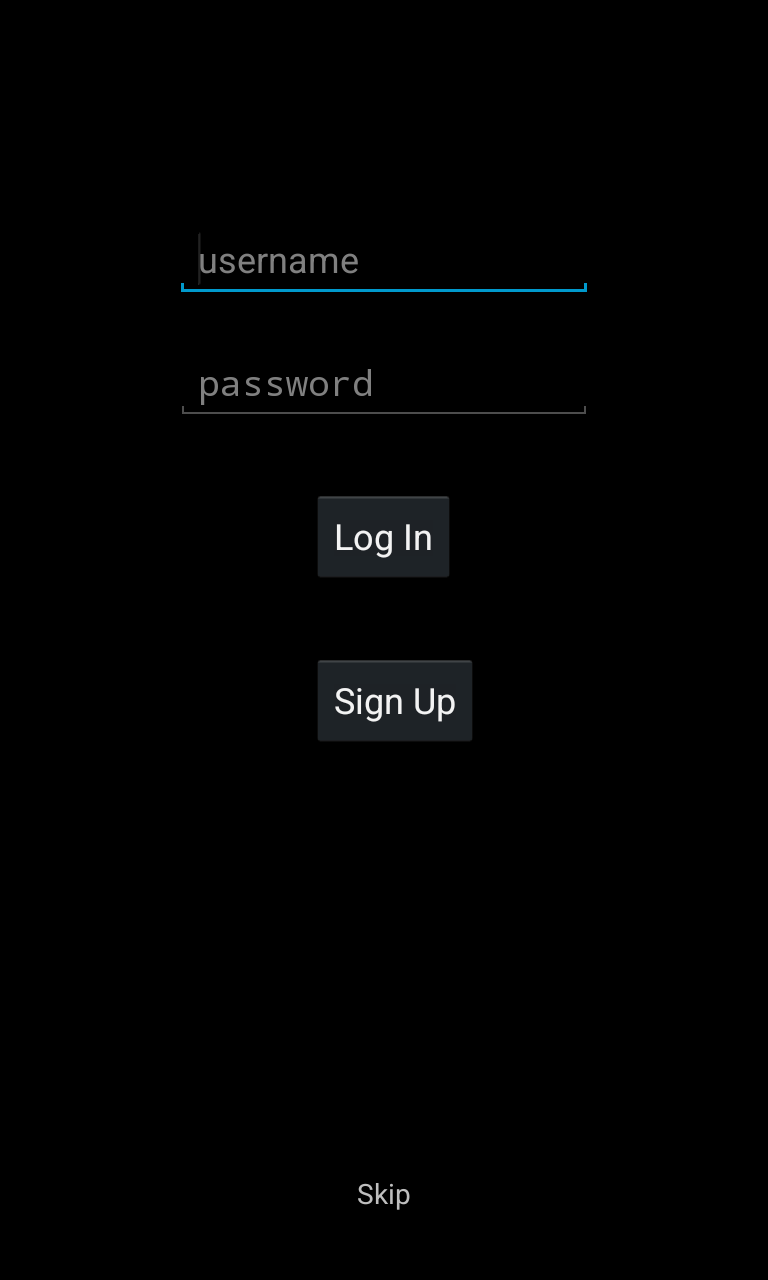
Repository: arianaantonio/CPMD
Layout: ContactsAppAndroid/res/layout/main.xml
The author's editor kept a copy of each file at every save. The layout is drawn from the files as they stood at one save, then again after the next save.
It is drawn on a 768 x 1280 px phone screen (xhdpi) without system bars, with theme android:Theme.Holo; the app's code is not run.

Above is the layout before, as saved 2014-10-29 07:17:36.

### ContactsAppAndroid/res/layout/main.xml
<?xml version="1.0" encoding="utf-8"?>
<RelativeLayout xmlns:android="http://schemas.android.com/apk/res/android"
    android:layout_width="match_parent"
    android:layout_height="match_parent"
    android:orientation="vertical" >

    <EditText
        android:id="@+id/editText1"
        android:layout_width="wrap_content"
        android:layout_height="wrap_content"
        android:layout_alignParentTop="true"
        android:layout_centerHorizontal="true"
        android:layout_marginTop="110dp"
        android:ems="10"
        android:hint="@string/username" >

        <requestFocus />
    </EditText>

    <EditText
        android:id="@+id/editText2"
        android:layout_width="wrap_content"
        android:layout_height="wrap_content"
        android:layout_below="@+id/editText1"
        android:layout_centerHorizontal="true"
        android:layout_marginTop="22dp"
        android:ems="10"
        android:hint="@string/password"
        android:inputType="textPassword" />

    <Button
        android:id="@+id/button1"
        android:layout_width="wrap_content"
        android:layout_height="wrap_content"
        android:layout_below="@+id/editText2"
        android:layout_centerHorizontal="true"
        android:layout_marginTop="33dp"
        android:text="@string/login" />

    <Button
        android:id="@+id/button2"
        android:layout_width="wrap_content"
        android:layout_height="wrap_content"
        android:layout_alignLeft="@+id/button1"
        android:layout_below="@+id/button1"
        android:layout_marginTop="34dp"
        android:text="@string/signup" />

    <TextView
        android:id="@+id/textView1"
        android:layout_width="wrap_content"
        android:layout_height="wrap_content"
        android:layout_alignParentBottom="true"
        android:layout_centerHorizontal="true"
        android:layout_marginBottom="34dp"
        android:text="@string/skip" />

</RelativeLayout>

### ContactsAppAndroid/res/values/strings.xml
<?xml version="1.0" encoding="utf-8"?>
<resources>
    <string name="hello">Hello World, ParseStarterProjectActivity!</string>
    <string name="app_name">ParseStarterProject</string>
    <string name="login">Log In</string>
    <string name="signup">Sign Up</string>
    <string name="skip">Skip</string>
    <string name="username">username</string>
    <string name="password">password</string>
</resources>

After the next save:
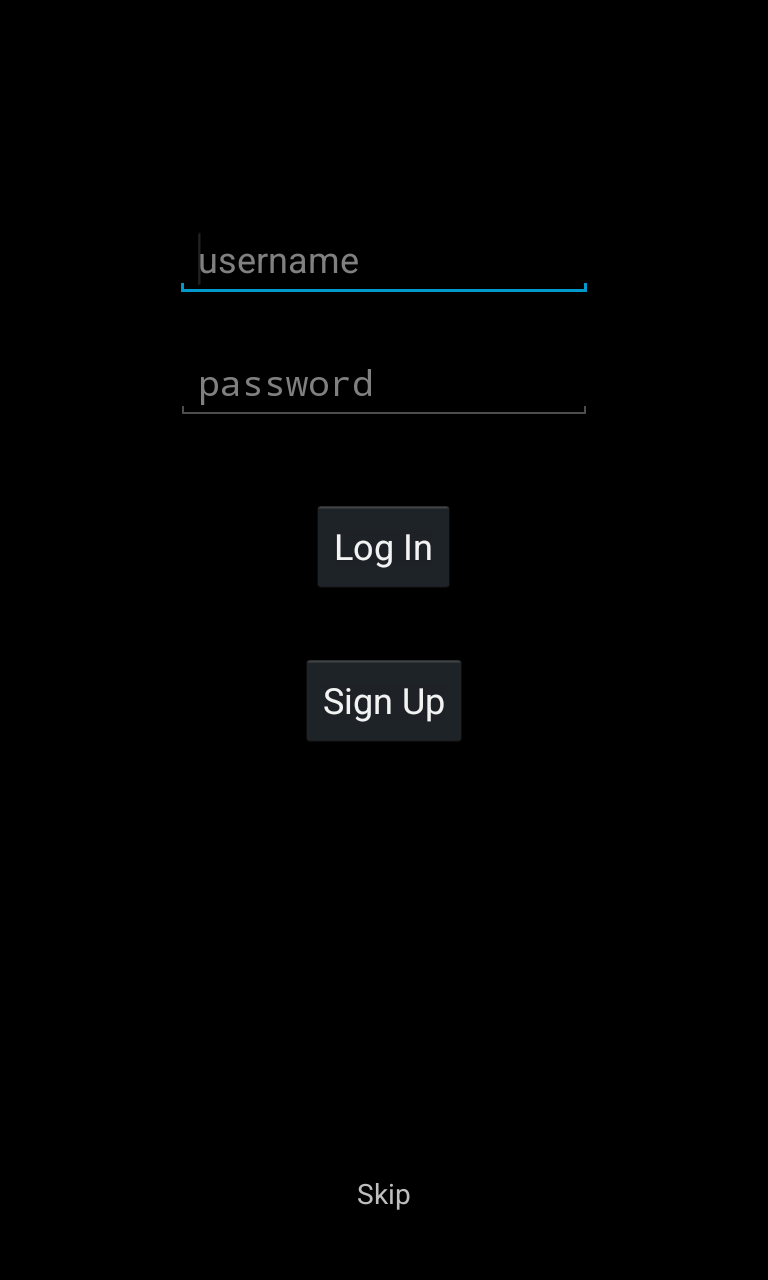
Saved 34 s later.
--- a/ContactsAppAndroid/res/layout/main.xml
+++ b/ContactsAppAndroid/res/layout/main.xml
@@ -28,24 +28,6 @@
         android:hint="@string/password"
         android:inputType="textPassword" />
 
-    <Button
-        android:id="@+id/button1"
-        android:layout_width="wrap_content"
-        android:layout_height="wrap_content"
-        android:layout_below="@+id/editText2"
-        android:layout_centerHorizontal="true"
-        android:layout_marginTop="33dp"
-        android:text="@string/login" />
-
-    <Button
-        android:id="@+id/button2"
-        android:layout_width="wrap_content"
-        android:layout_height="wrap_content"
-        android:layout_alignLeft="@+id/button1"
-        android:layout_below="@+id/button1"
-        android:layout_marginTop="34dp"
-        android:text="@string/signup" />
-
     <TextView
         android:id="@+id/textView1"
         android:layout_width="wrap_content"
@@ -55,4 +37,22 @@
         android:layout_marginBottom="34dp"
         android:text="@string/skip" />
 
+    <Button
+        android:id="@+id/button1"
+        android:layout_width="wrap_content"
+        android:layout_height="wrap_content"
+        android:layout_below="@+id/editText2"
+        android:layout_centerHorizontal="true"
+        android:layout_marginTop="38dp"
+        android:text="@string/login" />
+
+    <Button
+        android:id="@+id/button2"
+        android:layout_width="wrap_content"
+        android:layout_height="wrap_content"
+        android:layout_below="@+id/button1"
+        android:layout_centerHorizontal="true"
+        android:layout_marginTop="29dp"
+        android:text="@string/signup" />
+
 </RelativeLayout>
